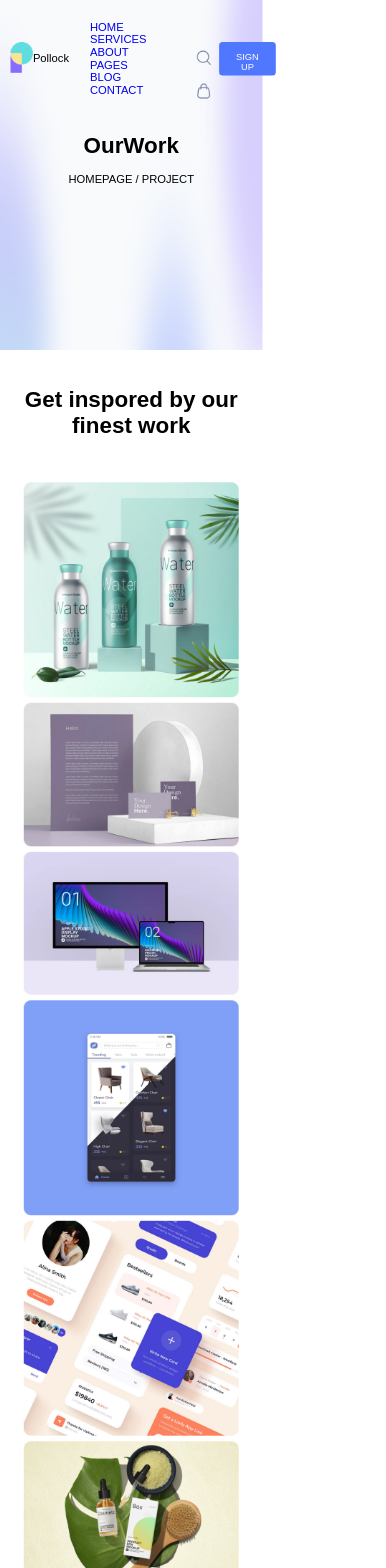
Repository: Nam936/exercises
Page: demo.html
The author's editor kept a copy of each file at every save. The page is drawn from the files as they stood at one save, then again after a run of saves.
The browser window is 375 px wide. The page is 552 px wide, so the pictures cover 552 px, including what lies to the right of the window. The pictures show the part of the page from y = 0 to 2240 px (the page is 3127 px tall), at 70% of full size.

Above is the page before, as saved 2023-01-06 16:20:58.

After the next 4 saves:
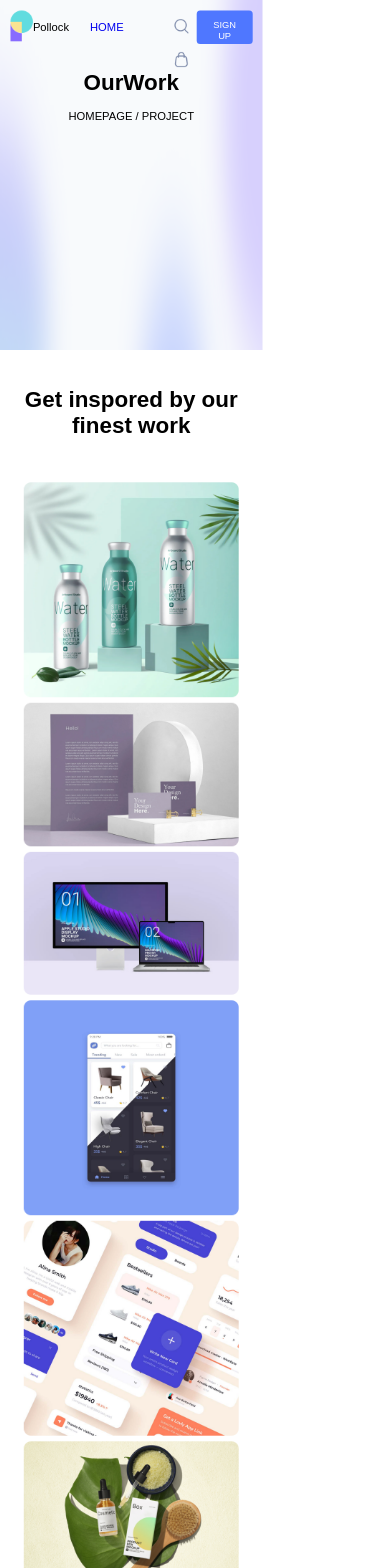
The 4 saves are shown as one change because they came seconds apart.
The last was saved 13 s later.
--- a/style2.css
+++ b/style2.css
@@ -175,8 +175,12 @@ button {
   text-align: center;
 }
 
-@media screen {
-
+@media screen and (max-width: 600px) {
+  .menu-header a:not(:first-child) {display: none;}
+   .menu-header a{
+    float: right;
+    display: block;
+  }
 }
 
 
